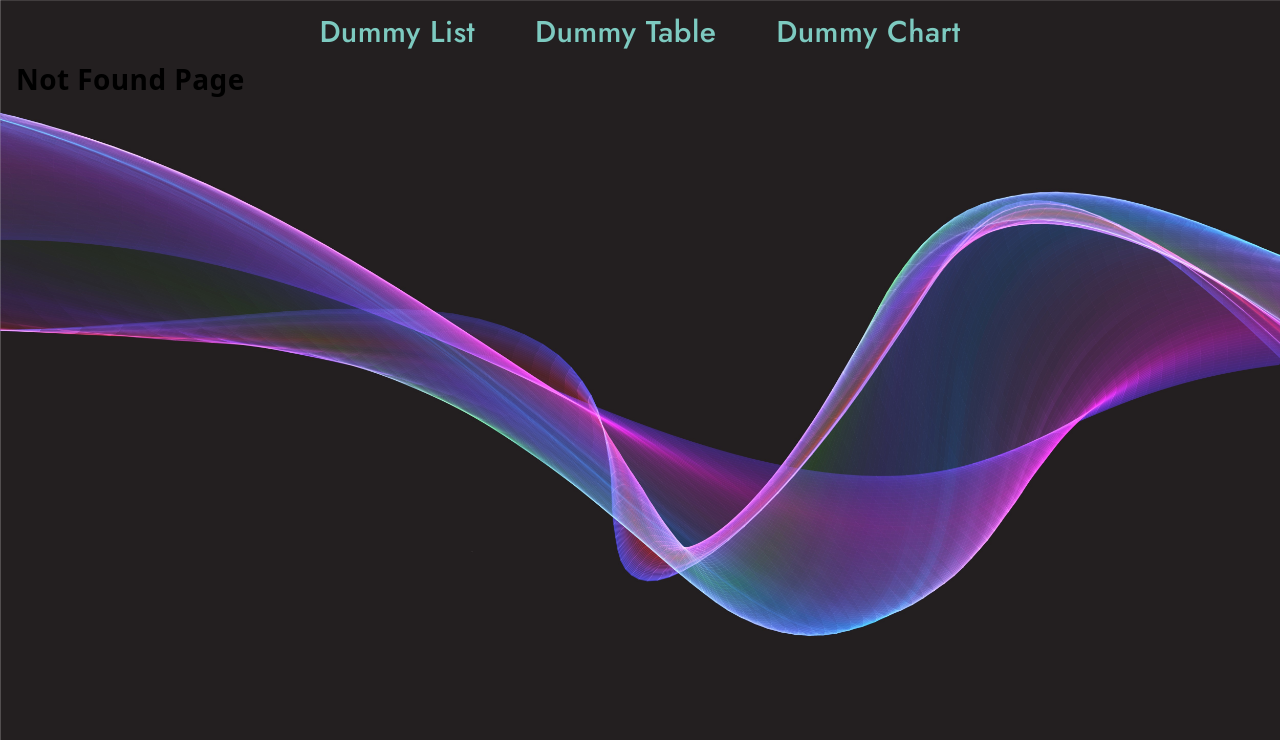
Repository: Vadim-27/backendless
Page: /
An editor plug-in stored every save of this project. The page is shown before and after the next save, followed by the edit.
The browser window is 1280 px wide. The pictures show the whole page.
Backgrounds fixed to the window are drawn as part of the page. The project was rebuilt for these pictures with package versions that can differ from the ones it lists, and the page was loaded fresh each time.

Above is the page before, as saved 2023-10-28 16:57:43.

### src/index.js
import React from 'react';
import ReactDOM from 'react-dom/client';
import { BrowserRouter } from 'react-router-dom';
import { App } from 'App';
import './index.scss';

ReactDOM.createRoot(document.getElementById('root')).render(
  <React.StrictMode>
    <BrowserRouter basename='/'>
    <App />
    </BrowserRouter>
  </React.StrictMode>
)

### src/App.jsx
import { Routes, Route } from "react-router-dom";
import { lazy } from "react";

import { Suspense } from "react";

const Navbar = lazy(() => import('modules/Navbar/Navbar'));
const DummyListPage = lazy(() => import('Pages/DummyListPage/DummyListPage'));
const DummyChartPage = lazy(() => import('Pages/DummyChartPage/DummyChartPage'));
const DummyTablePage = lazy(() => import('Pages/DummyTablePage/DummyTablePage'));
const NotFoundPage = lazy(() => import('Pages/NotFoundPage/NotFoundPage'));


export const App = () => {
  return (
    <div className="container">
      <Suspense>
        <Navbar />
        <Routes>
          <Route path="tabs/dummyList" element={<DummyListPage />} />
          <Route path="tabs/dummyChart" element={<DummyChartPage />} />
          <Route path="tabs/dummyTable" element={<DummyTablePage />} />
          <Route path="*" element={<NotFoundPage />} />
        </Routes>
      </Suspense>
    </div>
  );
};

### src/index.scss
@import './utils/base.scss';
@import './utils/normalize.scss';
@import './utils/variables.scss';
@import './utils/fonts.scss';

### src/modules/Navbar/Navbar.jsx
import { NavLink, Outlet } from "react-router-dom";
import tabs from "./tabs";

import css from './navbar.module.scss'

const Navbar = () => {
   const sortedTabs = [...tabs].sort((a, b) => a.order - b.order);

  const navbarList = sortedTabs.map(({ id, title, path }) => (
    <li key={id}>
      <NavLink className={css.link} to={path}>
        {title}
      </NavLink>
    </li>
  ));

  return (
    <div >
      <ul className={css.menu }>{navbarList}</ul>
      <Outlet />
    </div>
  );
}
export default Navbar;

### src/Pages/NotFoundPage/NotFoundPage.jsx
import css from './notFoundPage.module.scss'
const NotFoundPage = () => {
  return (
    <>
      <h1>Not Found Page</h1>
    </>
  );
}
export default NotFoundPage;

### src/utils/base.scss
body {
  font-size: 14px;
  letter-spacing: 0.03em;
  margin: 0;
}

button {
  cursor: pointer;
}

a {
  text-decoration: none;
  outline: none;
}

h1,
h2,
h4,
h5 {
  margin-top: 0;
  margin-bottom: 0;
}

p {
  margin-bottom: 0;
  margin-top: 0;
}

ul {
  padding: 0;
  margin-top: 0;
  margin: 0;
  margin-bottom: 0;
  list-style: none;
}

img {
  display: block;
  max-width: 100%;
  height: auto;
}
.container {
  box-sizing: content-box;

  margin-left: auto;
  margin-right: auto;
  padding-right: 16px;
  padding-bottom: 20px;
  padding-left: 16px;
  background-image: url(../../assets/img/landing_page_template_with_flowing_lines_design_2805.jpg);
  background-size: cover, cover;
  background-repeat: no-repeat;
  background-attachment: fixed;
  height: 100vh;
}

### src/utils/normalize.scss
::after,
::before {
  box-sizing: border-box;
}
html {
  -moz-tab-size: 4;
  tab-size: 4;
}
html {
  line-height: 1.15;
  -webkit-text-size-adjust: 100%;
}
body {
  margin: 0;
}
body {
  font-family: system-ui, -apple-system, "Segoe UI", Roboto, Helvetica, Arial,
    sans-serif, "Apple Color Emoji", "Segoe UI Emoji";
}
hr {
  height: 0;
  color: inherit;
}
abbr[title] {
  text-decoration: underline dotted;
}
b,
strong {
  font-weight: bolder;
}
code,
kbd,
pre,
samp {
  font-family: ui-monospace, SFMono-Regular, Consolas, "Liberation Mono", Menlo,
    monospace;
  font-size: 1em;
}
small {
  font-size: 80%;
}
sub,
sup {
  font-size: 75%;
  line-height: 0;
  position: relative;
  vertical-align: baseline;
}
sub {
  bottom: -0.25em;
}
sup {
  top: -0.5em;
}
table {
  text-indent: 0;
  border-color: inherit;
}
button,
input,
optgroup,
select,
textarea {
  font-family: inherit;
  font-size: 100%;
  line-height: 1.15;
  margin: 0;
}
button,
select {
  text-transform: none;
}
[type="button"],
[type="reset"],
[type="submit"],
button {
  -webkit-appearance: button;
}
::-moz-focus-inner {
  border-style: none;
  padding: 0;
}
:-moz-focusring {
  outline: 1px dotted ButtonText;
}
:-moz-ui-invalid {
  box-shadow: none;
}
legend {
  padding: 0;
}
progress {
  vertical-align: baseline;
}
::-webkit-inner-spin-button,
::-webkit-outer-spin-button {
  height: auto;
}
[type="search"] {
  -webkit-appearance: textfield;
  outline-offset: -2px;
}
::-webkit-search-decoration {
  -webkit-appearance: none;
}
::-webkit-file-upload-button {
  -webkit-appearance: button;
  font: inherit;
}
summary {
  display: list-item;
}

### src/utils/variables.scss
:root {
  --primary-primary: #b5a3de;
  --primary-secondary: #7dcac0;
}

### src/utils/fonts.scss
@font-face {
  font-family: "Jost-Regular";
  font-style: normal;
  font-weight: 400;
  font-display: swap;
  src: url("../fonts/Jost-Regular.ttf");
}

@font-face {
  font-family: "Jost-Medium";
  font-style: normal;
  font-weight: 500;
  font-display: swap;
  src: url("../fonts/Jost-Medium.ttf");
}

### src/modules/Navbar/tabs.js
const tabs = [
  {
    id: 'dummyTable',
    title: 'Dummy Table',
    order: 1,
    path: 'tabs/dummyTable',
  },
  {
    id: 'dummyChart',
    title: 'Dummy Chart',
    order: 2,
    path: 'tabs/dummyChart',
  },
  { id: 'dummyList', title: 'Dummy List', order: 0, path: 'tabs/dummyList' },
];

export default tabs;

### src/modules/Navbar/navbar.module.scss
.menu {
    list-style: none;
    display: flex;
    gap: 60px;
    justify-content: center;
}

.link {
    padding-bottom: 5px;
    text-decoration: none;
    color: var(--primary-secondary);
    display: inline-block;
    padding: 10px 0px;
    font-family: Jost-Medium;
font-size: 30px;
font-style: normal;
font-weight: 500;
line-height: normal;
}

.link:global(.active) {
    font-weight: bold;

   position: relative;

}

.link:global(.active)::after {
    content: "";
    position: absolute;
    bottom: 10px;
    left: 0;
    width: 100%;
    border-bottom: 5px solid;
}

### src/Pages/NotFoundPage/notFoundPage.module.scss
.titleSection{
  text-align: center;
   padding: 20px;
  color: var(--primary-primary);
font-family: Jost-Medium;
font-size: 44px;
font-style: normal;
font-weight: 500;
line-height: 58px;
}

Loaded but not shown: public/index.html (common file)

After the next save:
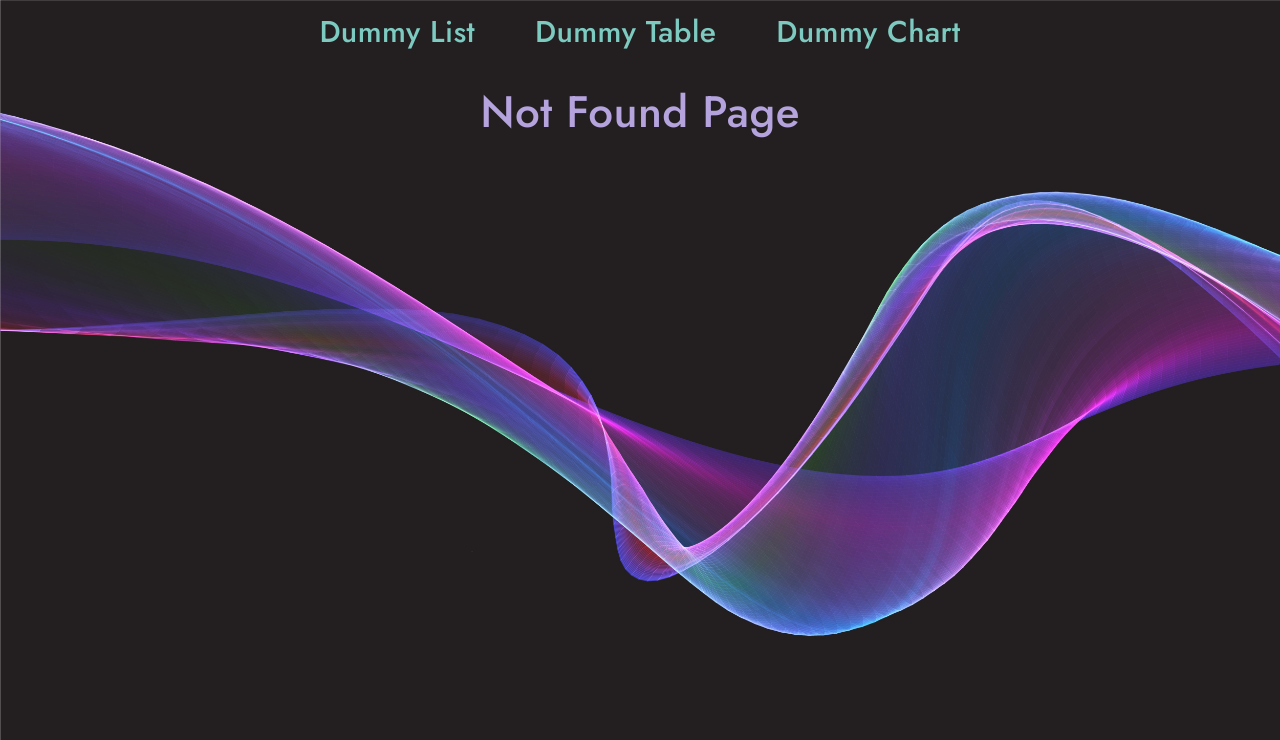
Saved 10 s later.
--- a/src/Pages/NotFoundPage/NotFoundPage.jsx
+++ b/src/Pages/NotFoundPage/NotFoundPage.jsx
@@ -2,7 +2,7 @@ import css from './notFoundPage.module.scss'
 const NotFoundPage = () => {
   return (
     <>
-      <h1>Not Found Page</h1>
+      <h1 className={css.titleSection}>Not Found Page</h1>
     </>
   );
 }
